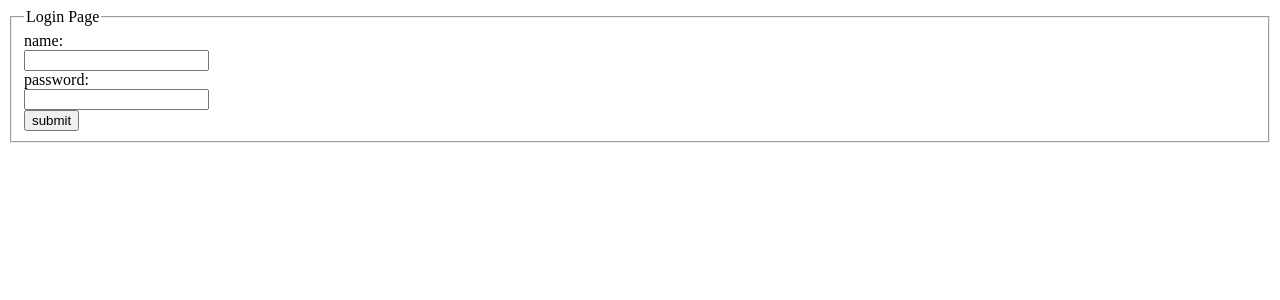
Repository: dhanush199/ServletProject
Page: LoginRegistrationApp/WebContent/WEB-INF/lib/login.html
An editor plug-in stored every save of this project. The page is shown before and after the next save, followed by the edit.
The browser window is 1280 px wide. The pictures show the whole page.

Above is the page before, as saved 2019-01-22 09:18:56.

After the next save:
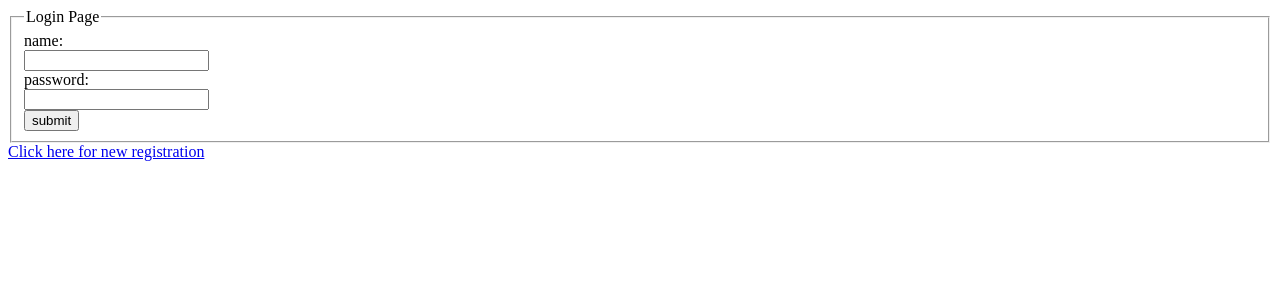
Saved 105 s later.
--- a/LoginRegistrationApp/WebContent/WEB-INF/lib/login.html
+++ b/LoginRegistrationApp/WebContent/WEB-INF/lib/login.html
@@ -14,6 +14,7 @@ password:<br>
 <input type="password" name="password"><br>
 <input type ="submit" value="submit">
 </fieldset>
+<a href=index.html> Click here for new registration</a>
 </form>
 </body>
 </html>
